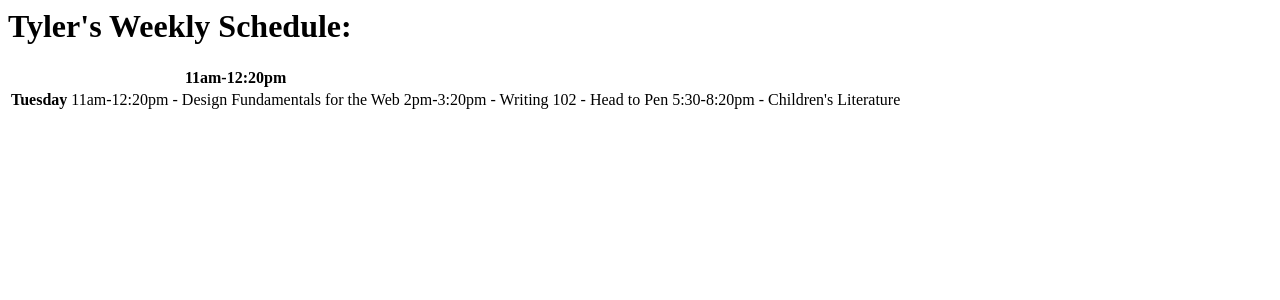
Repository: getzt1/web-design-class
Page: web pages/personal-site/index.html
The author's editor kept a record of every edit. The page is drawn from the files as they stood at one moment, then again after the next edit.
The browser window is 1280 px wide. The pictures show the whole page.

Above is the page before.

### web pages/personal-site/index.html
<html>

<head>
<h1>Tyler's Weekly Schedule:</h1>
</head>

<body>
     <table>
         <tr>
         <th></th>
         <th scope="col">11am-12:20pm</th>
         </tr>

         <tr>
            <th>Tuesday</th>
            <td>11am-12:20pm - Design Fundamentals for the Web</td>
            <td>2pm-3:20pm - Writing 102 - Head to Pen</td>
            <td>5:30-8:20pm - Children's Literature</td>
            </tr>
    </table>

    </body>

After the next edit:
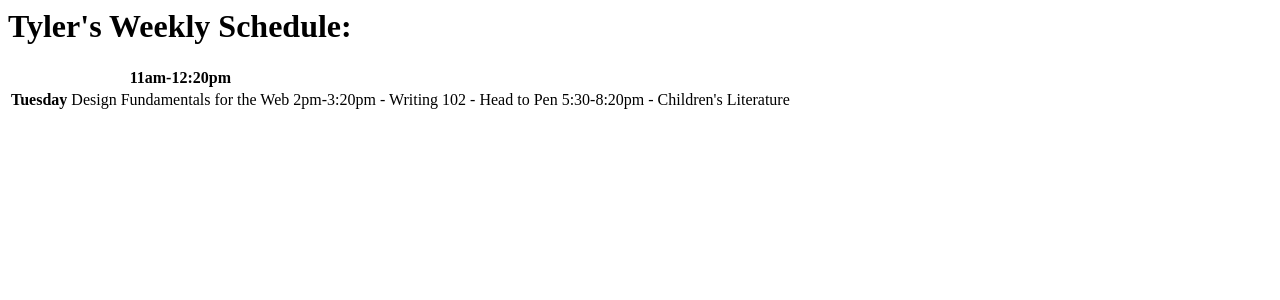
The edit:
--- a/web pages/personal-site/index.html
+++ b/web pages/personal-site/index.html
@@ -13,7 +13,7 @@
 
          <tr>
             <th>Tuesday</th>
-            <td>11am-12:20pm - Design Fundamentals for the Web</td>
+            <td>Design Fundamentals for the Web</td>
             <td>2pm-3:20pm - Writing 102 - Head to Pen</td>
             <td>5:30-8:20pm - Children's Literature</td>
             </tr>
